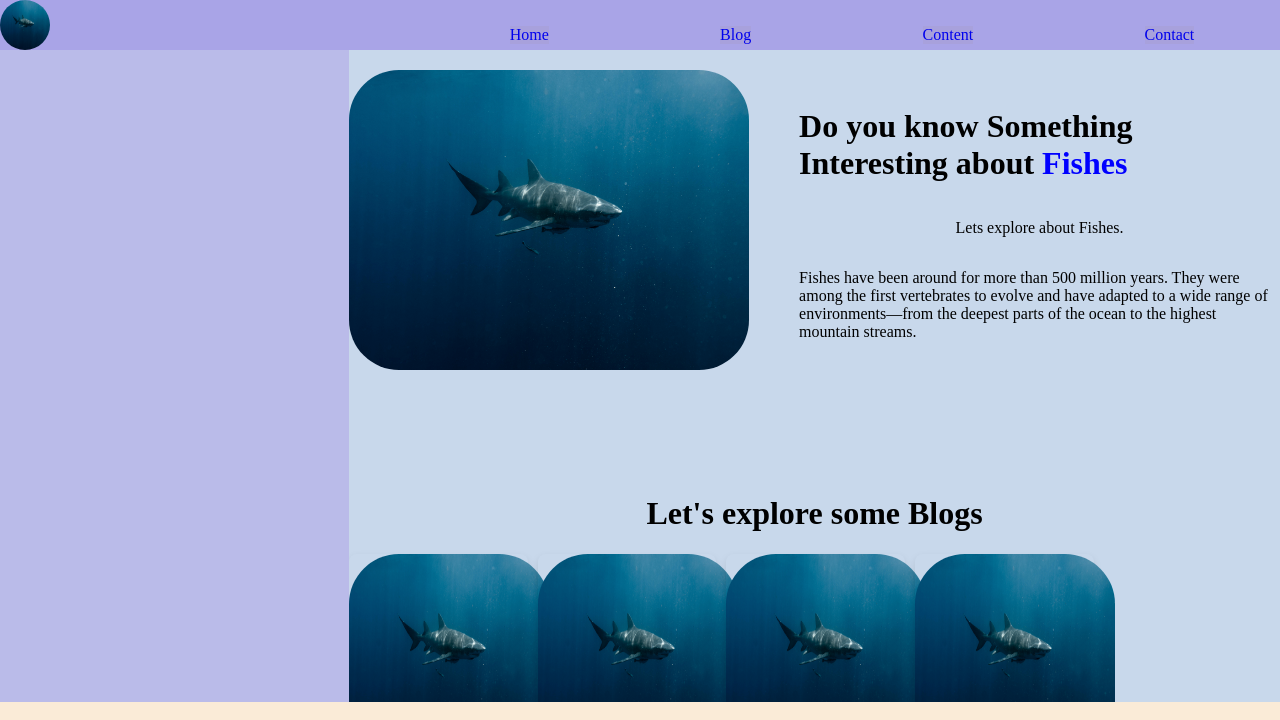
Repository: purnimapatel/fish-world
Page: index.html
The author's editor kept a copy of each file at every save. The page is drawn from the files as they stood at one save, then again after the next save.
The browser window is 1280 px wide. The pictures show the whole page.
An inner scrolling area shows only its first screen.

Above is the page before, as saved 2024-08-25 16:42:13.

After the next save:
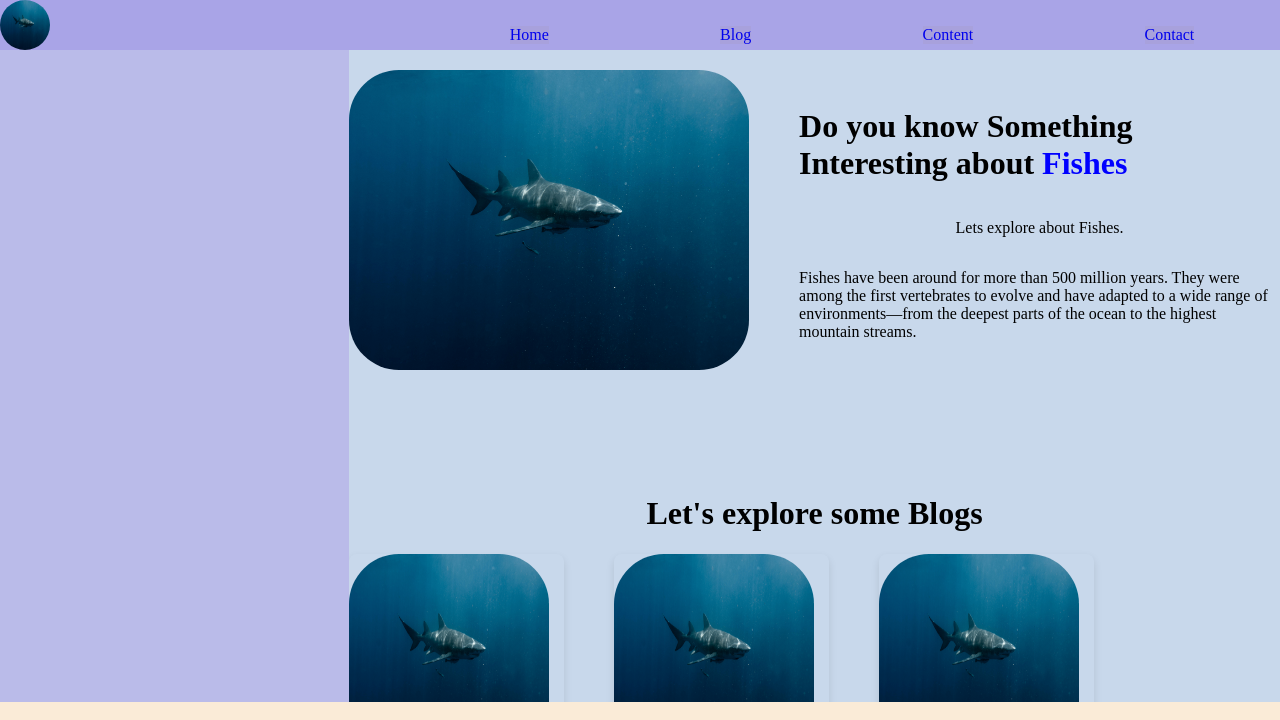
Saved 14 s later.
--- a/style.css
+++ b/style.css
@@ -130,7 +130,7 @@ li{
 #blog-images {
     display: grid;
     grid-template-columns: repeat(auto-fill, minmax(150px, 1fr));
-    gap: 10px;
+    gap: 50px;
     width: 80%;
     max-width: 1200px;
     justify-content: space-between;
